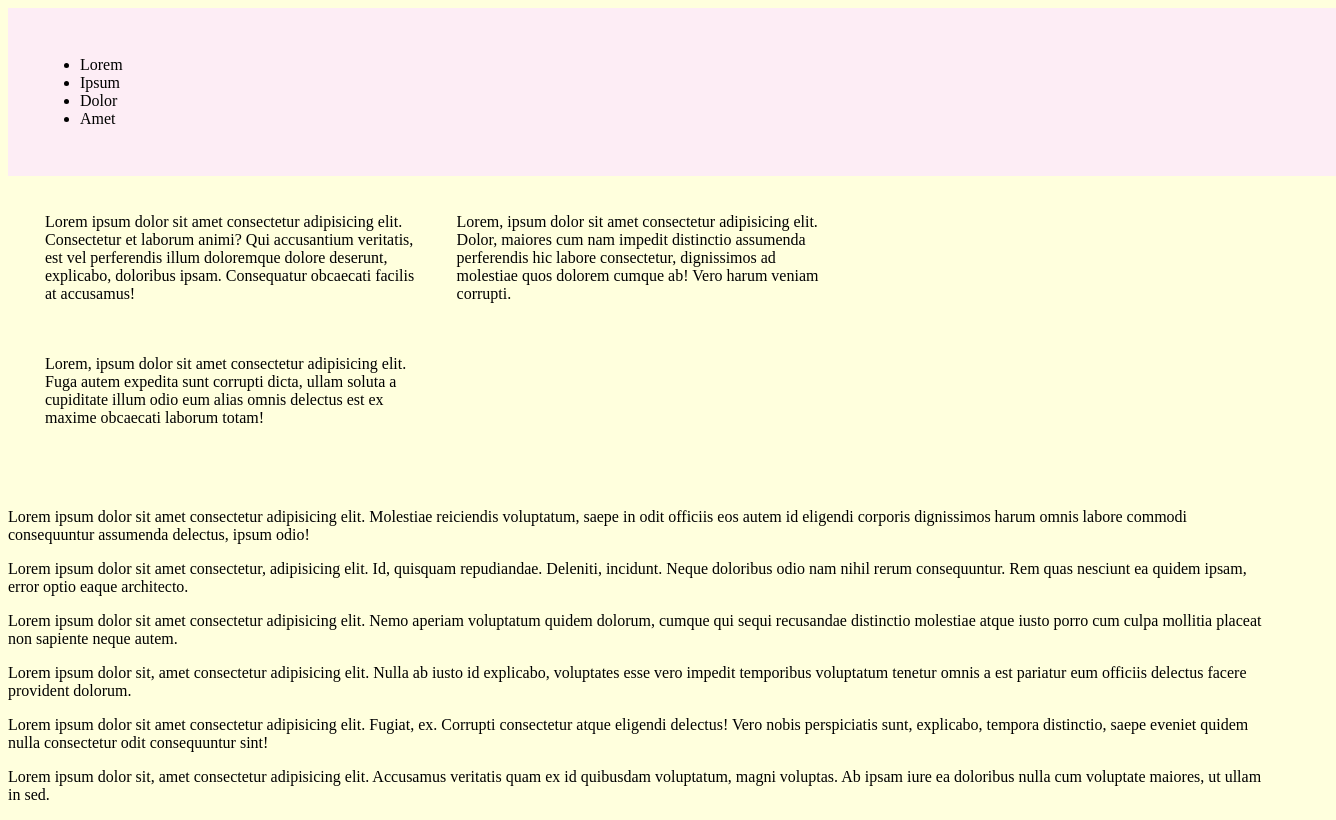
Repository: HTML-a-CSS-2/projekt-portfolio-Angelina555555
Page: .github/index.html
These files come from the project's save history. The page is drawn as it stood at one moment and after the next save; the edit follows.
The browser window is 1280 px wide. The page is 1336 px wide, so the pictures cover 1336 px, including what lies to the right of the window. The pictures show the whole page.

Above is the page before, as saved 2022-05-07 22:41:28.

### .github/index.html
<!DOCTYPE html>
<html lang="en">
  <head>
    <meta charset="UTF-8" />
    <meta http-equiv="X-UA-Compatible" content="IE=edge" />
    <meta name="viewport" content="width=device-width, initial-scale=1.0" />
    <link rel="stylesheet" href="default.css" />
    <title>Document</title>
  </head>
  <body>
    <div class="menu">
      <ul id="menu">
        <li>Lorem</li>
        <li>Ipsum</li>
        <li>Dolor</li>
        <li>Amet</li>
      </ul>
    </div>
    <div class="article">
      <div class="article__element-jeden">
        Lorem ipsum dolor sit amet consectetur adipisicing elit. Consectetur et
        laborum animi? Qui accusantium veritatis, est vel perferendis illum
        doloremque dolore deserunt, explicabo, doloribus ipsam. Consequatur
        obcaecati facilis at accusamus!
      </div>
      <div class="article__element-dva">
        Lorem, ipsum dolor sit amet consectetur adipisicing elit. Dolor, maiores
        cum nam impedit distinctio assumenda perferendis hic labore consectetur,
        dignissimos ad molestiae quos dolorem cumque ab! Vero harum veniam
        corrupti.
      </div>
      <div class="article__element-tri">
        Lorem, ipsum dolor sit amet consectetur adipisicing elit. Fuga autem
        expedita sunt corrupti dicta, ullam soluta a cupiditate illum odio eum
        alias omnis delectus est ex maxime obcaecati laborum totam!
      </div>
    </div>
    <div class="age">
      <p class="age__element-ctyri">
        Lorem ipsum dolor sit amet consectetur adipisicing elit. Molestiae
        reiciendis voluptatum, saepe in odit officiis eos autem id eligendi
        corporis dignissimos harum omnis labore commodi consequuntur assumenda
        delectus, ipsum odio!
      </p>
      <p class="age__element-pet">
        Lorem ipsum dolor sit amet consectetur, adipisicing elit. Id, quisquam
        repudiandae. Deleniti, incidunt. Neque doloribus odio nam nihil rerum
        consequuntur. Rem quas nesciunt ea quidem ipsam, error optio eaque
        architecto.
      </p>
    </div>
    <div class="leader">
      <p class="leader__element-sest">
        Lorem ipsum dolor sit amet consectetur adipisicing elit. Nemo aperiam
        voluptatum quidem dolorum, cumque qui sequi recusandae distinctio
        molestiae atque iusto porro cum culpa mollitia placeat non sapiente
        neque autem.
      </p>
      <p class="leader__element-sedm">
        Lorem ipsum dolor sit, amet consectetur adipisicing elit. Nulla ab iusto
        id explicabo, voluptates esse vero impedit temporibus voluptatum tenetur
        omnis a est pariatur eum officiis delectus facere provident dolorum.
      </p>
    </div>
    <div class="blok-posledni">
      <p class="blok-posledni__element-osm">
        Lorem ipsum dolor sit amet consectetur adipisicing elit. Fugiat, ex.
        Corrupti consectetur atque eligendi delectus! Vero nobis perspiciatis
        sunt, explicabo, tempora distinctio, saepe eveniet quidem nulla
        consectetur odit consequuntur sint!
      </p>
      <p class="blok-posledni__element-devet">
        Lorem ipsum dolor sit, amet consectetur adipisicing elit. Accusamus
        veritatis quam ex id quibusdam voluptatum, magni voluptas. Ab ipsam iure
        ea doloribus nulla cum voluptate maiores, ut ullam in sed.
      </p>
    </div>
  </body>
</html>

### .github/default.css
body {
  background-color: #ffffdd;
}

.menu {
  width: 100%;
  background-color: #fdedf5;
  padding: 2rem;
}

.article {
  padding: 1rem;
  display: flex;
  flex-wrap: wrap;
}

.article__element-jeden,
.article__element-dva,
.article__element-tri {
  padding: 1rem 1rem;
  margin: 5px;
  width: 30%;
  height: 100px;
}

After the next save:
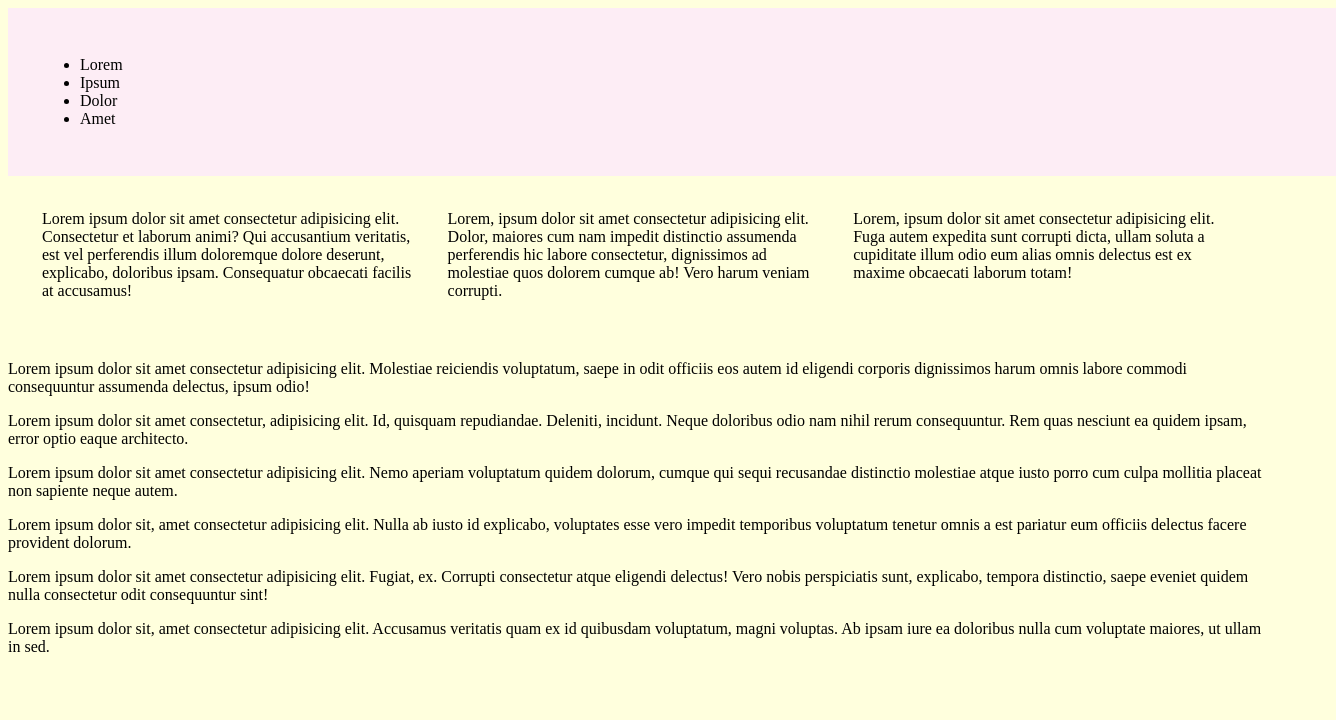
Saved 5 s later.
--- a/.github/default.css
+++ b/.github/default.css
@@ -18,7 +18,7 @@ body {
 .article__element-dva,
 .article__element-tri {
   padding: 1rem 1rem;
-  margin: 5px;
+  margin: 2px;
   width: 30%;
   height: 100px;
 }
